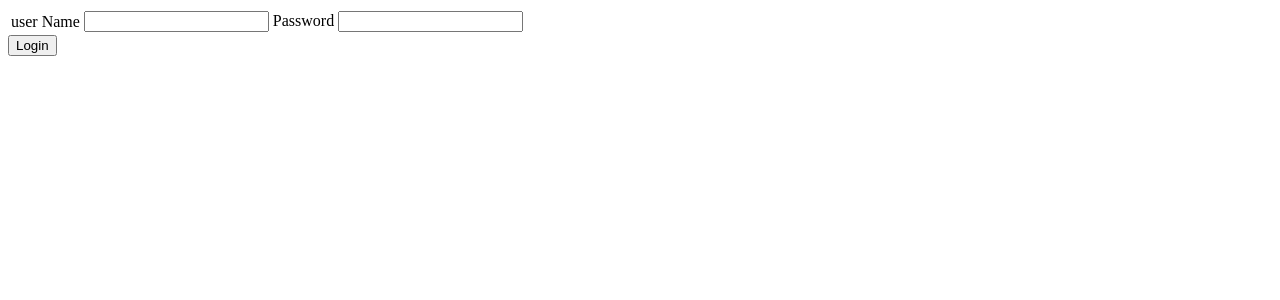
Repository: samidisjg/Login-Demo-Java-Servlet
Page: http://localhost/CustomerDemo/login.jsp
The author's editor kept a copy of each file at every save. The page is drawn from the files as they stood at one save, then again after the next save.
The browser window is 1280 px wide. The pictures show the whole page.
The page is served by Tomcat 9. Other server files are loaded and not shown.

Above is the page before, as saved 2023-07-25 16:16:41.

### java servlet/CustomerDemo/src/main/webapp/login.jsp
<%@ page language="java" contentType="text/html; charset=ISO-8859-1"
    pageEncoding="ISO-8859-1"%>
<!DOCTYPE html>
<html>
<head>
<meta charset="ISO-8859-1">
<title>Insert title here</title>
</head>
<body>

<form action ="log" method = "POST">
<table>
	<tr>
<td>user Name </td>
<td><input type = "text" name="uid"></td>

<td>Password
<input type = "password" name="pass"></td>


</table>
<input type = "submit" name="submit" value = "Login"><br>


</form>

</body>
</html>

After the next save:
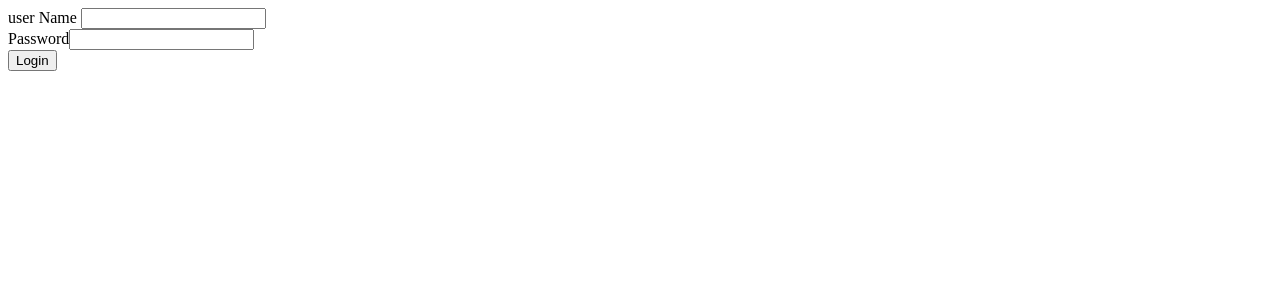
Saved 21 s later.
--- a/java servlet/CustomerDemo/src/main/webapp/login.jsp
+++ b/java servlet/CustomerDemo/src/main/webapp/login.jsp
@@ -9,16 +9,10 @@
 <body>
 
 <form action ="log" method = "POST">
-<table>
-	<tr>
-<td>user Name </td>
-<td><input type = "text" name="uid"></td>
 
-<td>Password
-<input type = "password" name="pass"></td>
+user Name <input type = "text" name="uid"><br>
+Password<input type = "password" name="pass"><br>
 
-
-</table>
 <input type = "submit" name="submit" value = "Login"><br>
 
 
